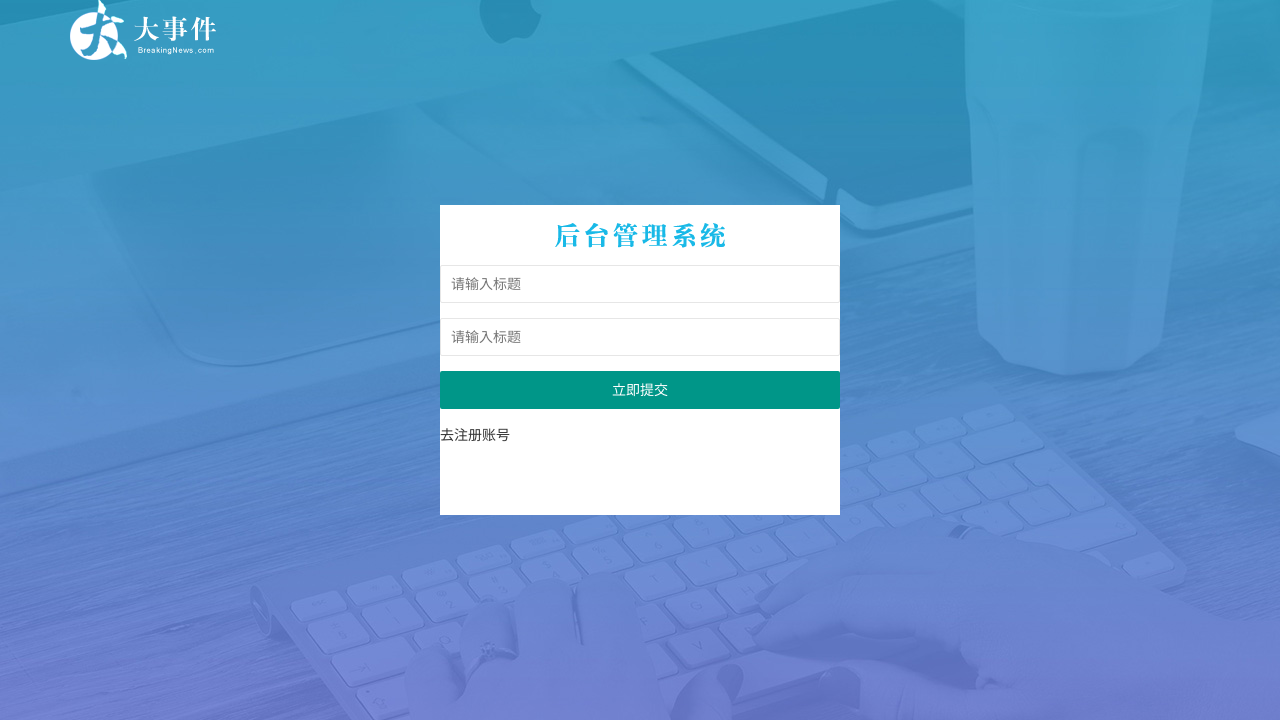
Repository: keyboying1/web_bigevent
Page: login.html
The author's editor kept a copy of each file at every save. The page is drawn from the files as they stood at one save, then again after the next save.
The browser window is 1280 px wide. The pictures show the whole page.

Above is the page before, as saved 2022-11-18 15:36:33.

After the next save:
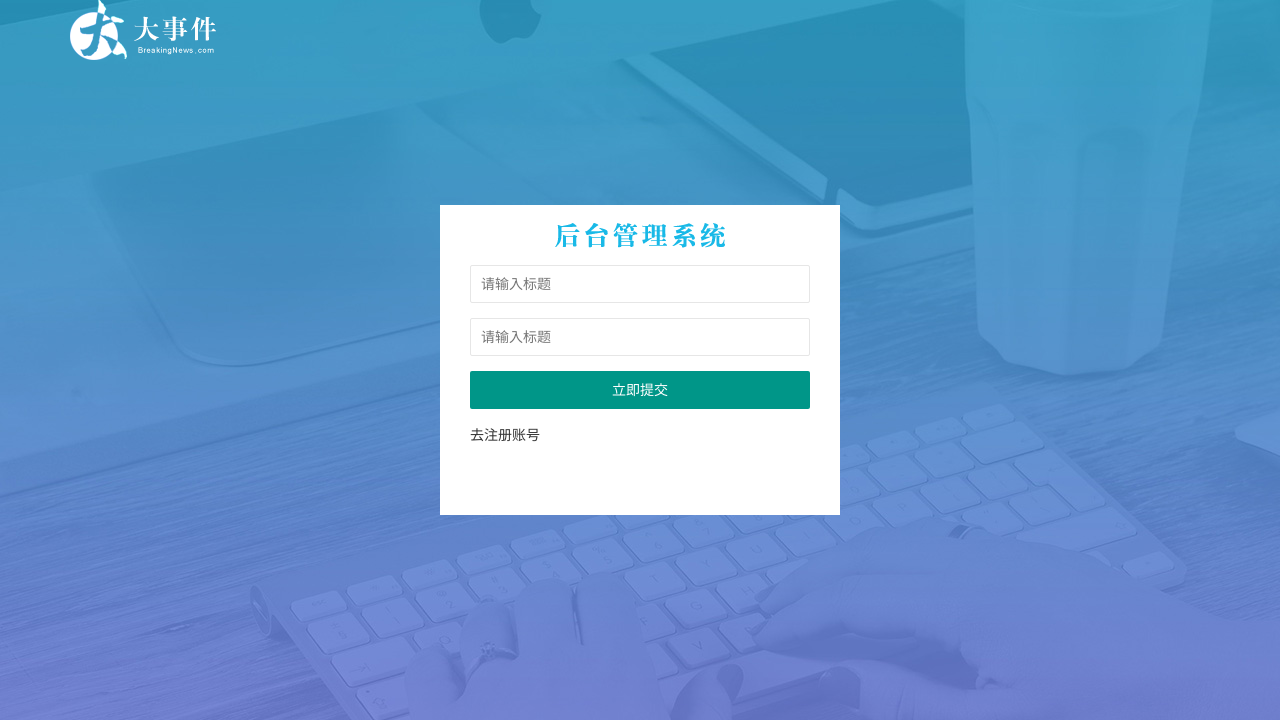
Saved 114 s later.
--- a/assets/css/login.css
+++ b/assets/css/login.css
@@ -27,3 +27,7 @@ body{
 .reg-box{
     display: none;
 }
+
+.layui-form{
+    padding:0 30px;
+}
